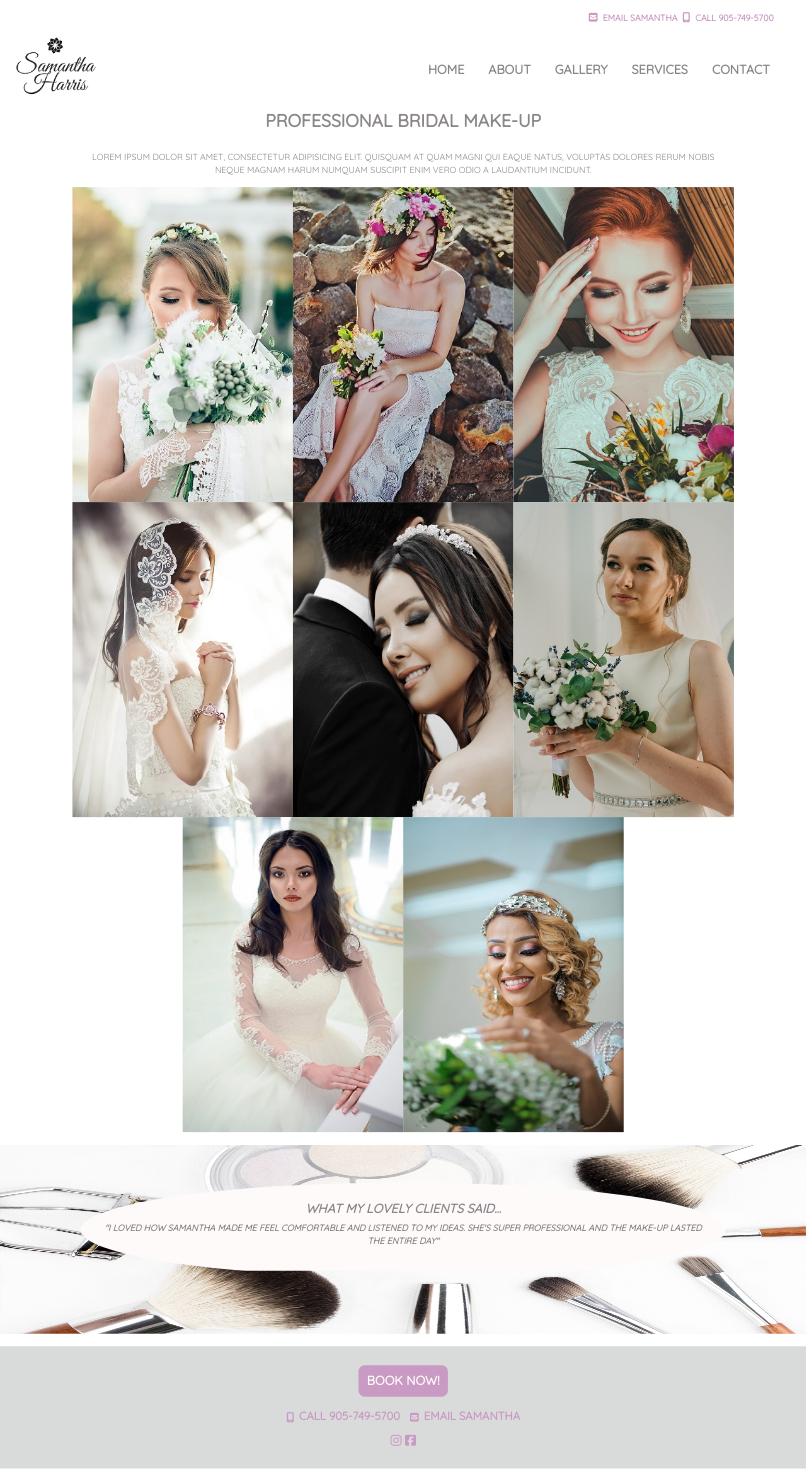
Repository: JayneyNix/milestone-1-UCFD
Page: gallery.html
The author's editor kept a record of every edit. The page is drawn from the files as they stood at one moment, then again after the next edit.
The browser window is 1280 px wide. The pictures show the whole page, at 63% of full size.
Some web libraries are served in a nearby version.

Above is the page before.

### gallery.html
<!DOCTYPE html>
<html lang="en">

<head>
    <meta charset="UTF-8">
    <meta name="viewport" content="width=device-width, initial-scale=1.0">
    <meta http-equiv="X-UA-Compatible" content="ie=edge">
    <title>Professional Make-up Artistry | Samantha Harris</title>
    <script src="https://code.jquery.com/jquery-3.3.1.slim.min.js" integrity="sha384-q8i/X+965DzO0rT7abK41JStQIAqVgRVzpbzo5smXKp4YfRvH+8abtTE1Pi6jizo" crossorigin="anonymous"></script>
    <link href="https://stackpath.bootstrapcdn.com/bootstrap/4.3.1/css/bootstrap.min.css" rel="stylesheet" integrity="sha384-ggOyR0iXCbMQv3Xipma34MD+dH/1fQ784/j6cY/iJTQUOhcWr7x9JvoRxT2MZw1T" crossorigin="anonymous" type="text/css">
    <link rel="stylesheet" href="https://cdnjs.cloudflare.com/ajax/libs/hover.css/2.3.1/css/hover-min.css" type="text/css">
    <link rel="stylesheet" href="https://fonts.googleapis.com/css?family=Quicksand">
    <script src="https://kit.fontawesome.com/26094534a3.js" crossorigin="anonymous"></script>
    <link rel="stylesheet" href="Assets/style.css" class="text/css">
</head>

<body>
       <!--Navigation-->


    <div class="fixed-header d-flex flex-row-reverse mt-2 pr-5 align-items-center">
        <div class="p-1 call-text mt-2">
            <a class="call-header" href="tel:905-749-5700" target="-blank">
                <h5 class="h5 headings"><span class="number">Call 905-749-5700</span></h5>
            </a>
        </div>
        <div class="p-1 call-icon"><a class="call-header" href="tel:905-749-5700" target="-blank"><i class="fas fa-mobile-alt" aria-hidden="true"></i></a>
        </div>
        <div class="p-1 email-text mt-2">
            <a class="email-header" href="mailto:bookings@samanthaharris.ca" target="-blank">
                <span class="call"><h5 class="h5 headings">Email Samantha</h5></span>
            </a>
        </div>
        <div class="p-1 email-icon"><a class="email-header" href="mailto:bookings@samanthaharris.ca" target="-blank"><i class="fas fa-envelope-square" aria-hidden="true"></i></a>
        </div>
    </div>


<div class="container-fluid nav-container no-padding" role="navigation">
        <nav class="navbar navbar-light navbar-expand-lg">

            <a class="navbar-brand" href="index.html">
                <img src="Assets/logo.png" class="d-inline-block align-top"
      alt="samantha-harris-logo"/>
      </a>

            <button class="navbar-toggler ml-auto" type="button" data-toggle="collapse" data-target="#navbarNavDropdown" aria-controls="navbarNavDropdown" aria-expanded="false" aria-label="Toggle navigation">
          <span class="navbar-toggler-icon"></span>
      </button>
            <div class="collapse navbar-collapse" id="navbarNavDropdown">
                <ul class="navbar-nav navbar-default ml-auto">
                    <li class="nav-item">
                        <a class="nav-link active" href="index.html">Home</a>
                    </li>
                    <li class="nav-item">
                        <a class="nav-link" href="about.html">About</a>
                    </li>
                    <li class="nav-item">
                        <a class="nav-link" href="gallery.html">Gallery</a>
                    </li>
                    <li class="nav-item">
                        <a class="nav-link" href="services.html">Services</a>
                    </li>
                    <li class="nav-item last">
                        <a class="nav-link" href="contact.html">Contact</a>
                    </li>
                </ul><br>
            </div>
        </nav>
    </div>



    <!--Navigation-->


    <!--Introduction-->

   <div class="container-fluid intro-section no-padding text-center">
        <div class="row no-gutters">
            <div class="col-sm-12 col-md-12-offset-3">
                <h1 class="h1 headings">Professional Bridal Make-Up</h1><br>
                <p class="p headings">Lorem ipsum dolor sit amet, consectetur adipisicing elit. Quisquam at quam magni qui eaque natus, voluptas dolores rerum nobis neque magnam harum numquam suscipit enim vero odio a laudantium incidunt.</p>
            </div>
        </div>
    </div>

    <!--Introduction-->


    <!--Gallery Grid-->

    <div class="container-fluid gallery-container">
        <div class="row d-flex justify-content-center align-items-center">
            <div class="gallery-item">
                <img class="gallery-image img-responsive center-mobile" src="Assets/Bride-eyes-closed-with-flowers.jpg" alt="bride" />
            </div>
            <div class="gallery-item">
                <img class="gallery-image" src="Assets/bride-sitting-on-rocks.jpg" alt="bride" />
            </div>

            <div class="gallery-item">
                <img class="gallery-image" src="Assets/smiling-bride-touching-forehead.jpg" alt="bride" />
            </div>
            <div class="gallery-item">
                <img class="gallery-image" src="Assets/beautiful-bride-dress.jpg" alt="bride" />
            </div>
            <div class="gallery-item">
                <img class="gallery-image" src="Assets/bride-bridegroom.jpg" alt="bride" />
            </div>
            <div class="gallery-item">
                <img class="gallery-image" src="Assets/bride-natural-make-up.jpg" alt="bride" />
            </div>
            <div class="gallery-item">
                <img class="gallery-image" src="Assets/beautiful-bride-sultry-makeup.jpg" alt="bride" />
            </div>

            <div class="gallery-item">
                <img class="gallery-image" src="Assets/bride-natural.jpg" alt="bride" />
            </div>
            <div class="gallery-item d-md-none">
                <img class="gallery-image" src="Assets/bride-groom.jpg" alt="bride" />
            </div>
        </div>
    </div>

    <!--Gallery Grid-->

    <!--Testimonials-->

    <div id="testimonial-carousel" class="carousel slide d-none d-md-block" data-ride="carousel">
        <div class="carousel-inner">
            <div class="carousel-item active">
                <img class="carousel-image d-block w-100" src="Assets/cosmetic-brushes.png" alt="Slide-One">
                <div class="carousel-caption d-none d-md-block height-auto">
                    <div class="box">
                        <h2 class="h2 headings carousel-heading align-items-center justify-content-center">What My Lovely Clients Said...</h2>
                            <p class="p headings carousel-text">"Sam was awesome from the moment I met her I knew I didn't want anyone else to do my make-up! I felt so confident and beautiful but still like me"
                            </p>
                    </div>
                </div>
            </div>

            <div class="carousel-item">
                <img class="carousel-image d-block w-100" src="Assets/cosmetic-brushes.png" alt="Slide-One">
                <div class="carousel-caption d-none d-md-block">
                    <div class="box">
                        <h2 class="h2 headings carousel-heading align-items-center justify-content-center">What My Lovely Clients Said...</h2>
                            <p class="p headings carousel-text">"I loved how Samantha made me feel comfortable and listened to my ideas. She's super professional and the make-up lasted the entire day"
                            </p>
                    </div>
                </div>
            </div>
            <div class="carousel-item">
                <img class="carousel-image d-block w-100" src="Assets/cosmetic-brushes.png" alt="Slide-One">
                <div class="carousel-caption d-none d-md-block">
                    <div class="box">
                        <h2 class="h2 headings carousel-heading align-items-center justify-content-center">What My Lovely Clients Said...</h2>
                            <p class="p headings carousel-text">"I was looking for someone who uses natural products and the latest techniques and Samantha was knowledgeable, experienced and wasn't flustered with our party of 7!"
                            </p>
                    </div>
                </div>
            </div>
        </div>
    </div>

    <!--Testimonials-->

    <!--Footer-->

    <footer class="container-fluid footer-container no-padding">

        <div id="footer" class="row">
            <div class="col-sm-12">
                <div class="action">
                    <btn class="footer-button">
                        <a class="contact-link" href="contact.html">
                            <h2 class="h2 headings footer-items">BOOK NOW!</h2>
                        </a>
                    </btn>
                </div>

                <div class="d-flex flex-row justify-content-center mt-3">

                    <div class="p-1 call-icon"><a class="call-header" href="tel:905-749-5700" target="-blank"><i class="fas fa-mobile-alt" aria-hidden="true"></i></a>
                    </div>
                    <div class="p-1 call-text mr-2">
                        <a class="call-contact" href="tel:905-749-5700" target="-blank">
                            <h3 class="h3 headings">Call 905-749-5700</h3>
                        </a>
                    </div>
                    <div class="p-1 email icon"><a class="email-header" href="mailto:bookings@samanthaharris.ca" target="-blank"><i class="fas fa-envelope-square" aria-hidden="true"></i></a>
                    </div>
                    <div class="p-1 email-text">
                        <a class="email-contact" href="mailto:bookings@samanthaharris.ca" target="-blank">
                            <h3 class="h3 headings">Email Samantha</h3>
                        </a>
                    </div>
                </div>

                <div class="col-sm-12">
                    <div class="social"></div>
                    <a class="insta" href="https://www.instagram.com" target="-blank"><i class="fab fa-instagram" aria-hidden="true"></i>
                    </a>
                    <a class="facebook" href="https://www.facebook.com" target="-blank"><i class="fab fa-facebook-square" aria-hidden="true"></i></a>
                </div>
            </div>
        </div>
    </footer>

    <!--Footer-->
<script src="https://cdnjs.cloudflare.com/ajax/libs/jquery/3.4.1/jquery.slim.min.js"></script>
<script src="https://cdnjs.cloudflare.com/ajax/libs/popper.js/1.15.0/umd/popper.min.js"></script>
<script src="https://cdnjs.cloudflare.com/ajax/libs/twitter-bootstrap/4.3.1/js/bootstrap.min.js"></script>
</body>

</html>

### Assets/style.css
/*Typography*/

.headings {

    font-family: Quicksand, sans-serif;
    text-transform: uppercase;
    font-weight: bold;
}

.h1 {
    font-size: 28px;
    color: #8a8689;
    font-weight: bold;
}

.h2 {
    font-size: 20px;
    font-weight: bold;
}

.h3 {
    font-size: 18px;
    color: #8a8689;
}

.h4 {
    font-size: 16px;
}

.h5 {
    font-size: 14px;
    color: #8a8689;
}

.p {
    font-size: 14px;
    color: #8a8689;
    font-weight: normal;
}

/*Typography*/


/*Contact Header*/

.p-1 .email-header {
    color: #c99bc4;
    text-decoration: none;
}

.p-1 .call-header {
    color: #c99bc4;
    text-decoration: none;
}

.p-1 .email-header:hover {
    color: #8a8689;
}

.p-1 .call-header:hover {
    color: #8a8689;
}

.p-1 .h5 {
    color: #c99bc4;
}

.p-1 .h5:hover {
    color: #8a8689;
}

/*Contact Header*/


/*--Navigation--*/

.nav-container {
    padding-right: 20px;
    padding-left: 0;
}

.navbar {
    background-color: #fff;
    padding: 0;
}

.navbar-brand {
    padding-left: 20px;
    padding-bottom: 20px;
    background-size: cover;
    width: 150;
    height: 150;
}

.navbar-nav {
    padding-right: 30px;
}

.nav-item {
    padding: 20;
}

.nav-link {
    font-family: "Quicksand", sans-serif;
    font-size: 20px;
    font-weight: bold;
    text-decoration: none;
    text-transform: uppercase;
    color: #8a8689!important;
    vertical-align: middle;
    padding-left: 30px!important;
}

.nav-link:hover {
    color: #c99bc4!important;
    transform: scale(1.25);
    transition: ease-in-out;
    transition-duration: 0.3s;
}

.navbar-light .navbar-toggler {
    padding-right: 30px;
    border: 0;
    font-weight: bold;
}

  .navbar-toggler:focus, .navbar-toggler:active {
    outline: none;
    box-shadow: none;
    color: #c99bc4;
  }

@media (max-width: 992px) {
    #navbarNavDropdown {
        text-align: center;
    }
}

/*--Navigation--*/


/*--Footer*/

.container-fluid .footer-container {
    display: inline-block;
    font-size: 0;
}

#footer {
    background-color: #d9dbda;
    text-align: center;
    padding-top: 30px;
    padding-bottom: 30px;
}

.footer-button {
    position: relative;
    display: inline-block;
    font-family: "Quicksand", sans-serif;
    font-size: 20px;
    font-weight: bolder;
    text-transform: uppercase;
    vertical-align: middle;
    border: 3px solid #c99bc4;
    border-radius: 10px;
    padding: 10px;
    text-align: center;
    background-color: #c99bc4;
}

.footer-button .contact-link {
    text-decoration: none;
}

.footer-items {
    color: #fffafa;
    font-weight: bold;
    vertical-align: middle;
    margin: 0;
}

.footer-items:hover {
    color: #8a8689;
    transform: scale(1.1);
    transition: ease-in-out;
    transition-duration: 0.5s;
}

.call-contact .h3 {
    color: #c99bc4;
    text-decoration: none;
}

.a .call-contact {
    text-decoration: none;
}

.email-contact .h3 {
    color: #c99bc4;
    text-decoration: none;
}

.a .email-contact {
    text-decoration: none;
}

.call-contact .h3:hover {
    color: #8a8689;
}

.email-contact .h3:hover {
    color: #8a8689;
}

.insta {
    color: #c99bc4;
    font-size: 20px;
}

.facebook {
    color: #c99bc4;
    font-size: 20px;
}

.insta:hover {
    color: #8a8689;
    text-decoration: none;
}

.facebook:hover {
    color: #8a8689;
    text-decoration: none;
}

/*--Footer*/


/*--Homepage Section 1 - Banner & Intro*/

.home-main-banner {
    max-width: 100%;
    height: 100%;
    padding: 0px 0px 20px;
    margin: 0;
    font-size: 0;
}

#home-main-intro {
    padding: 0;
    margin: 0;
}

.intro-section {
    padding: 0;
    width: 80%;
}

/*--End Homepage Section 1 - Banner & Intro*/


/*--Homepage Section 2 - Testimonials*/

#testimonial-carousel {
    display: block;
    padding: 0;
    font-size: 0;
    margin-bottom: 20px;
    height: 300px;
}

.carousel-image {
    height: 300px;
}

.carousel-caption {
    position: absolute;
    left: 50%;
    top: 40%;
    transform: translate(-50%, -50%);
    overflow: hidden;
    width: 80%;
}

.carousel-heading {
    color: #8a8689;
    font-style: italic;
    font-weight: bolder;
}

.carousel-text {
    font-style: italic;
    font-weight: bolder;
}

.box {
    border: 0px transparent;
    border-radius: 50%;
    background-color: #fffafa;
    padding: 30px;
}

/*--End Homepage Section 2 - Testimonials*/


/*--Gallery--*/

.gallery-container {
    padding-bottom: 20px;
}

/*--End Gallery--*/


/*--Contact Page Form--*/

.contact-main-banner {
    max-width: 100%;
    padding: 0px 0px 20px;
    margin: 0;
    font-size: 0;
}

.contact-image {
    height: 420px;
}

.contact-intro {
    padding: 0;
    margin: 0;
}

.contact-container {
    width: 100%;
    padding-bottom: 20px;
    margin: 20px 0px;
    padding-left: 0;
    padding-right: 0;
    vertical-align: middle;
    background-color: #fffafa;
}

.row-top {
    padding-top: 40px;
}

.row-second-section  {
    padding-top: 20px;
}

.row-bottom {
    padding-top:20px;
}

.send-btn {
    vertical-align: middle;
    border: 3px solid #c99bc4;
    border-radius: 10px;
    padding: 10px;
    text-align: center;
    background-color: #c99bc4;
    color: #fffafa;
    font-weight: bolder;
}

.send-btn:hover {
    color: #8a8689;
    transform: scale(1.1);
    transition: ease-in-out;
    transition-duration: 0.5s;
}

.form-control::placeholder {
    font-family: Quicksand, 'sans-serif';
    font-size: 14px;
    font-style: italic;
    font-weight: bold;
    text-transform: uppercase;
    color:#8a8689;
}

::-webkit-datetime-edit-text {
    color: #8a8689;
    padding: 0 0.3em;
    text-transform: uppercase;
    font-family: Quicksand, 'sans-serif';
    font-size: 14px;
    font-style: italic;
    font-weight: bold;
    }

/*--End contact page form--*/

After the next edit:
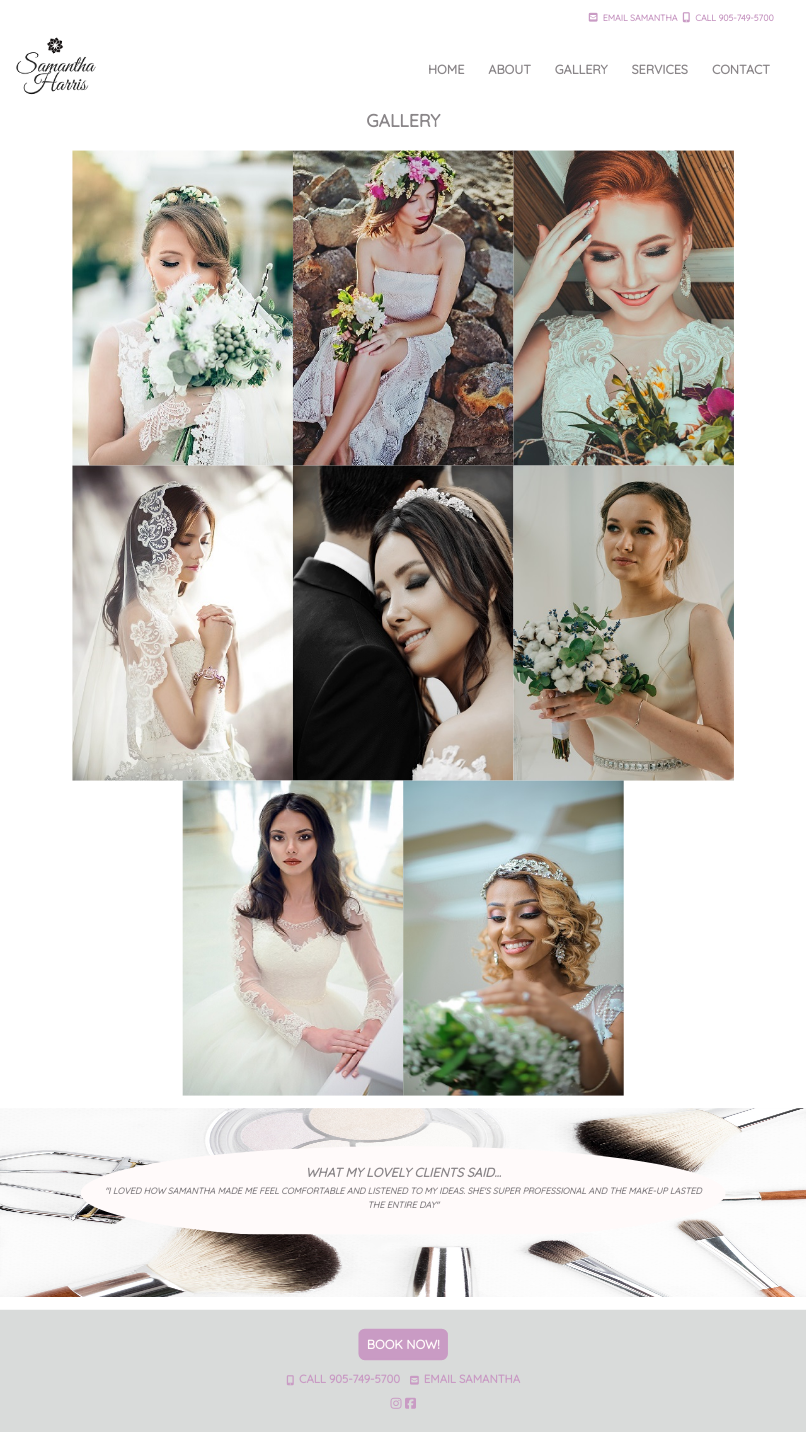
The edit:
--- a/gallery.html
+++ b/gallery.html
@@ -79,8 +79,7 @@
    <div class="container-fluid intro-section no-padding text-center">
         <div class="row no-gutters">
             <div class="col-sm-12 col-md-12-offset-3">
-                <h1 class="h1 headings">Professional Bridal Make-Up</h1><br>
-                <p class="p headings">Lorem ipsum dolor sit amet, consectetur adipisicing elit. Quisquam at quam magni qui eaque natus, voluptas dolores rerum nobis neque magnam harum numquam suscipit enim vero odio a laudantium incidunt.</p>
+                <h1 class="h1 headings">Gallery</h1><br>
             </div>
         </div>
     </div>
